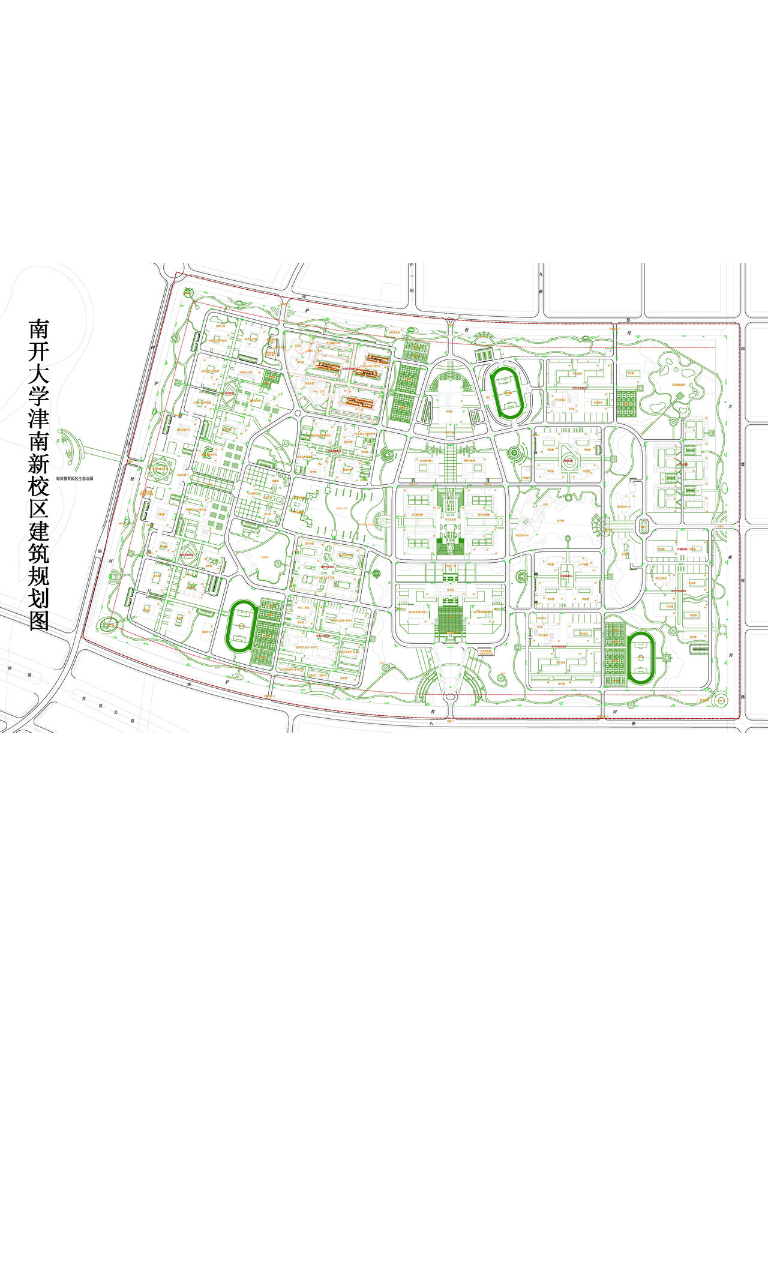
Repository: CovaWang/temporary_embedded
Layout: 7#车联·共享单车/代码/代码/res/layout/compass.xml
The author's editor kept a copy of each file at every save. The layout is drawn from the files as they stood at one save, then again after the next save.
It is drawn on a 768 x 1280 px phone screen (xhdpi) without system bars, with theme AppTheme; the app's code is not run.

Above is the layout before, as saved 2024-04-24 12:18:49.

### 7#车联·共享单车/代码/代码/res/layout/compass.xml
<?xml version="1.0" encoding="utf-8"?>
<LinearLayout xmlns:android="http://schemas.android.com/apk/res/android"
    android:layout_width="fill_parent"
    android:layout_height="match_parent"
    android:orientation="vertical" >

    <LinearLayout
       	android:layout_width="match_parent"
       	android:layout_height="match_parent"
       	android:orientation="horizontal"
		android:layout_weight="7">
	    <TextView
			android:layout_width="match_parent"
			android:layout_height="match_parent"
			android:gravity="center"
			android:text="停车坐标："
			android:textSize="16dp"
			android:layout_weight="1" />

	    <EditText
	        android:id="@+id/compass_text1"
			android:layout_width="match_parent"
			android:layout_height="match_parent"
			android:gravity="center"
			android:hint="0"
			android:textSize="16sp"
			android:textColor="#8A2BE2"
			android:layout_weight="1" />

	    <EditText
	        android:id="@+id/compass_text2"
			android:layout_width="match_parent"
			android:layout_height="match_parent"
			android:gravity="center"
			android:hint="0"
			android:textSize="16sp"
			android:textColor="#8A2BE2"
			android:layout_weight="1" />

	    <!-- <Button
	        android:id="@+id/compass_Button"
	        android:layout_width="match_parent"
			android:layout_height="match_parent"
			android:gravity="center"
	        android:background="@drawable/map_button"
	        android:layout_weight="1"  /> -->

   </LinearLayout>

    <ImageView
        android:id="@+id/compass_img"
        android:layout_width="match_parent"
        android:layout_height="match_parent"
        android:layout_gravity="center"
        android:src="@drawable/map"
        android:layout_weight="1" />

     <TextView
			android:layout_width="match_parent"
			android:layout_height="match_parent"
			android:gravity="center"
			android:text="(0,0)"
			android:textSize="16dp"
			android:layout_weight="1"
			android:layout_centerInParent="true"
			android:scaleType="fitCenter"
			/>

</LinearLayout>

### 7#车联·共享单车/代码/代码/res/values/styles.xml
<resources>

    <!--
        Base application theme, dependent on API level. This theme is replaced
        by AppBaseTheme from res/values-vXX/styles.xml on newer devices.

    -->
    <style name="AppBaseTheme" parent="android:Theme.Light">
        <!--
            Theme customizations available in newer API levels can go in
            res/values-vXX/styles.xml, while customizations related to
            backward-compatibility can go here.

        -->
    </style>

    <!-- Application theme. -->
    <style name="AppTheme" parent="AppBaseTheme">
        <!-- All customizations that are NOT specific to a particular API-level can go here. -->
    </style>
    <!-- 高宽都包裹内容 -->
    <style name="wrapcontent">
        <item name="android:layout_width">wrap_content</item>
        <item name="android:layout_height">wrap_content</item>
    </style>

    <!-- 自定义对话框样式 -->
    <style name="dialog_custom" parent="android:style/Theme.Dialog">
        <item name="android:windowFrame">@null</item>
        <item name="android:windowNoTitle">true</item>
        <item name="android:background">#00000000</item>
        <item name="android:windowBackground">@android:color/transparent</item>
    </style>
    <!-- TextView 16sp样式 -->
    <style name="textview16sp" parent="wrapcontent">
        <item name="android:textSize">16sp</item>
        <item name="android:gravity">center_vertical</item>
    </style>

    <!-- TextView 14sp样式 -->
    <style name="textview12sp" parent="wrapcontent">
        <item name="android:textSize">12sp</item>
        <item name="android:gravity">center_vertical</item>
    </style>
    <!-- TextView 14sp样式 -->
    <style name="textview14sp" parent="wrapcontent">
        <item name="android:textSize">14sp</item>
        <item name="android:gravity">center_vertical</item>
    </style>

    <!-- 宽度为0dp,高度为包裹内容，权重为1 -->
    <style name="zero_widthwrapcontent">
        <item name="android:layout_width">0dp</item>
        <item name="android:layout_height">wrap_content</item>
        <item name="android:layout_weight">1</item>
    </style>

    <!-- 黄色14sp,图片间距为5dp的textview -->
    <style name="tvyellow14sp" parent="zero_widthwrapcontent">
        <item name="android:textSize">14sp</item>
        <item name="android:drawablePadding">3dp</item>
        <item name="android:gravity">center</item>
        <item name="android:textColor">@color/bright_yellow</item>
    </style>

</resources>

Loaded but not shown: 7#车联·共享单车/代码/代码/res/values-v11/styles.xml (common file); 7#车联·共享单车/代码/代码/res/values-v14/styles.xml (common file)

After the next save:
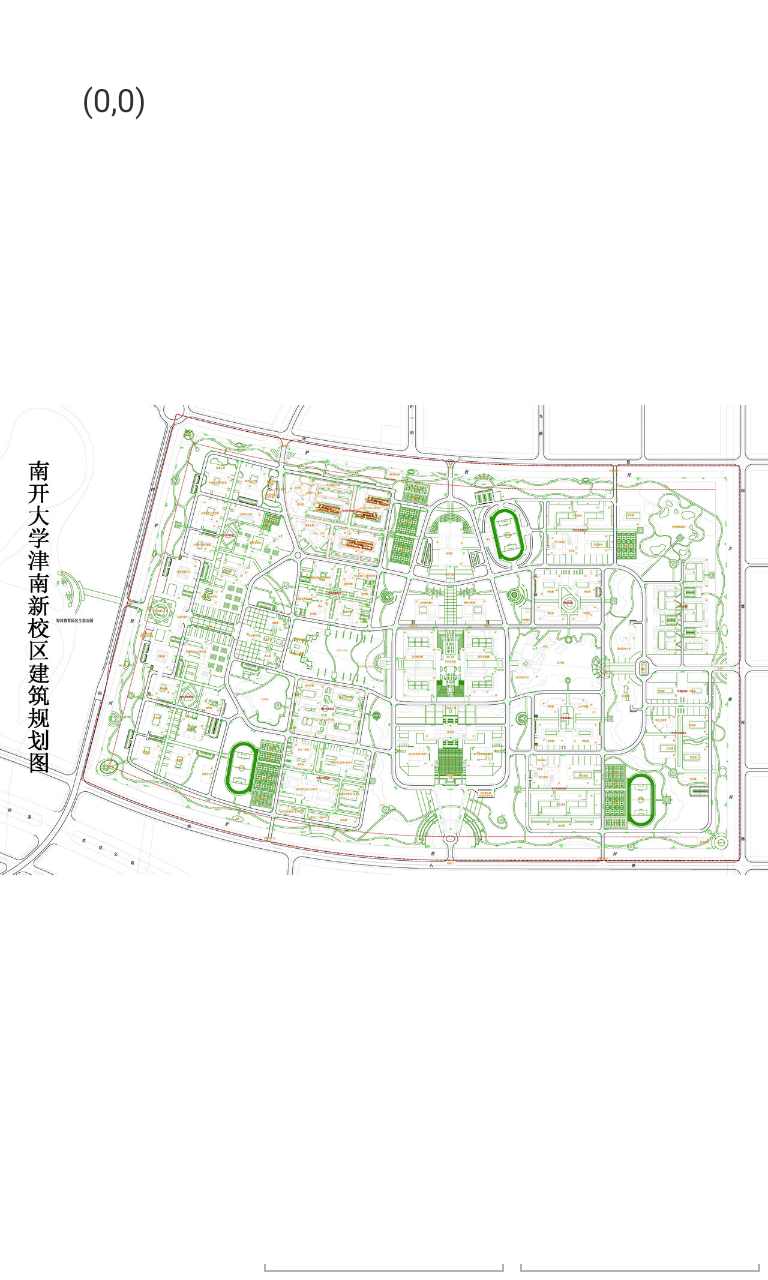
Saved 9 min 52 s later.
--- a/7#车联·共享单车/代码/代码/res/layout/compass.xml
+++ b/7#车联·共享单车/代码/代码/res/layout/compass.xml
@@ -1,5 +1,5 @@
 <?xml version="1.0" encoding="utf-8"?>
-<LinearLayout xmlns:android="http://schemas.android.com/apk/res/android"
+<RelativeLayout xmlns:android="http://schemas.android.com/apk/res/android"
     android:layout_width="fill_parent"
     android:layout_height="match_parent"
     android:orientation="vertical" >
@@ -55,15 +55,15 @@
         android:src="@drawable/map"
         android:layout_weight="1" />
 
-     <TextView
-			android:layout_width="match_parent"
-			android:layout_height="match_parent"
-			android:gravity="center"
-			android:text="(0,0)"
-			android:textSize="16dp"
-			android:layout_weight="1"
-			android:layout_centerInParent="true"
-			android:scaleType="fitCenter"
-			/>
+    <TextView
+        android:id="@+id/compass_d"
+        android:layout_width="114dp"
+        android:layout_height="100dp"
+        android:gravity="center"
+        android:scaleType="fitCenter"
+        android:text="(0,0)"
+        android:textSize="16dp"
 
-</LinearLayout>
+        />
+
+</RelativeLayout>
